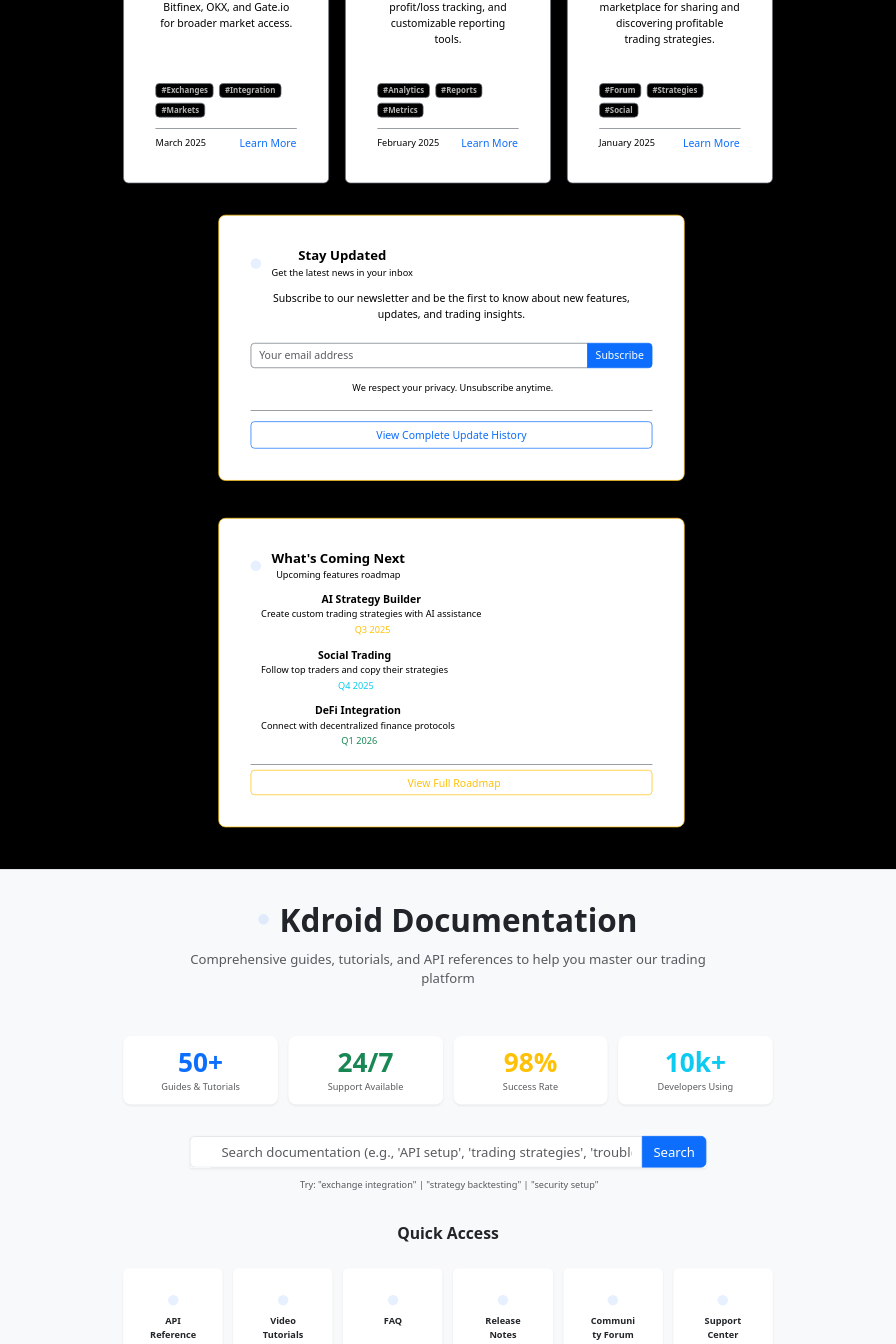
Repository: Kevin-Pro-Codes/halo-trading
Page: /
The author's editor kept a copy of each file at every save. The page is drawn from the files as they stood at one save, then again after the next save.
The browser window is 1280 px wide. The pictures show the part of the page from y = 4207 to 6127 px (the page is 19734 px tall), at 70% of full size.
The page's requests for data from a server got no answer. The project was rebuilt for these pictures with package versions that can differ from the ones it lists, and the page was loaded fresh each time. Some packages were replaced by stand-ins written for this rebuild. No one was signed in, and anything a server would have sent is missing. Also part of the build but not shown: vite.config.js, src/styles/DocStyle.css, src/styles/PricingStyle.css.

Above is the page before, as saved 2025-12-09 21:36:26.

After the next save:
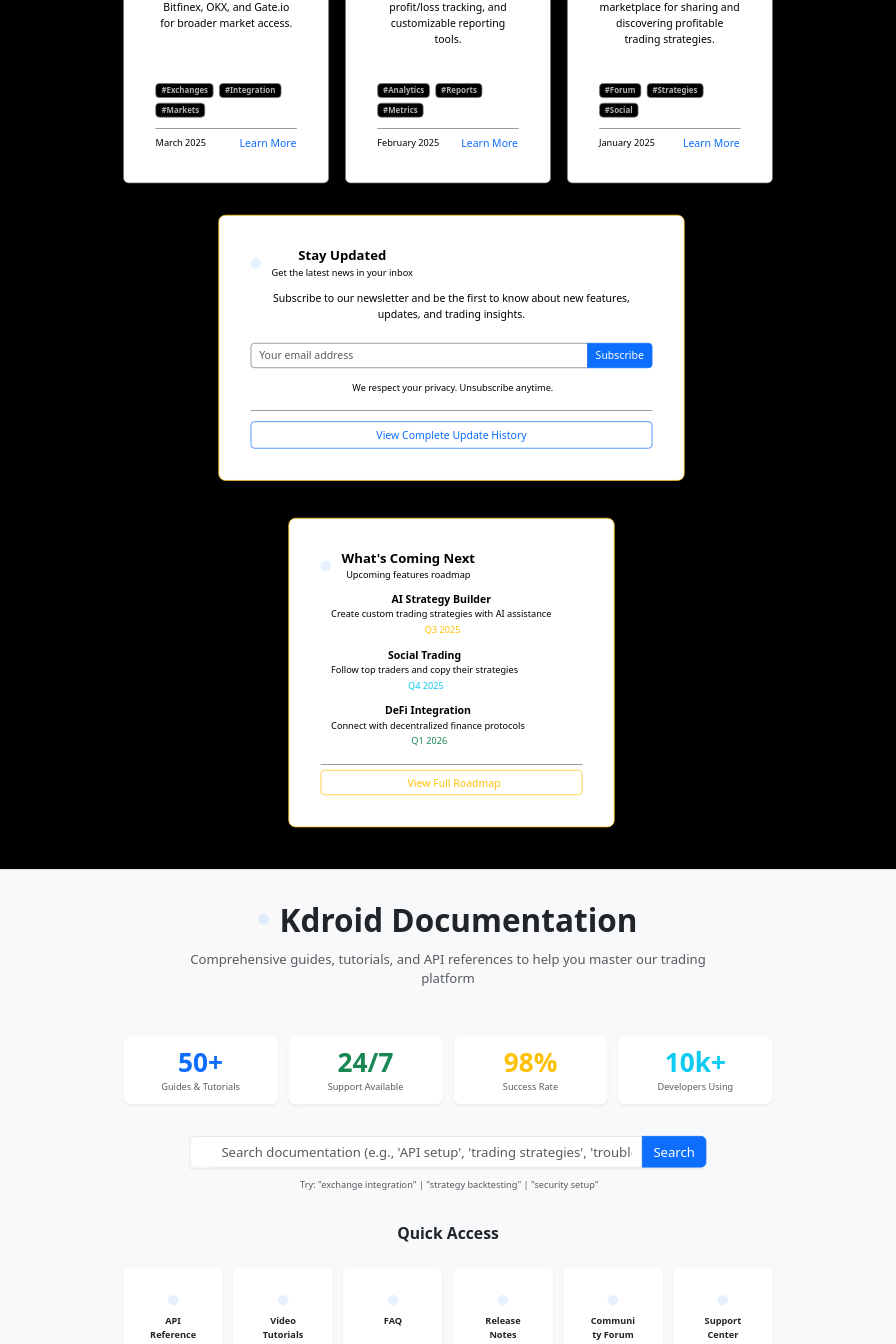
Saved 10 s later.
--- a/src/components/LatestSection.jsx
+++ b/src/components/LatestSection.jsx
@@ -252,7 +252,7 @@
       maxWidth: '700px'
     }}>
        <div className="card border-warning bg-white" style={{
-        minWidth: '666px',
+        minWidth: '466px',
         minHeight: '380px',
         borderRadius: '10px'
       }}>
